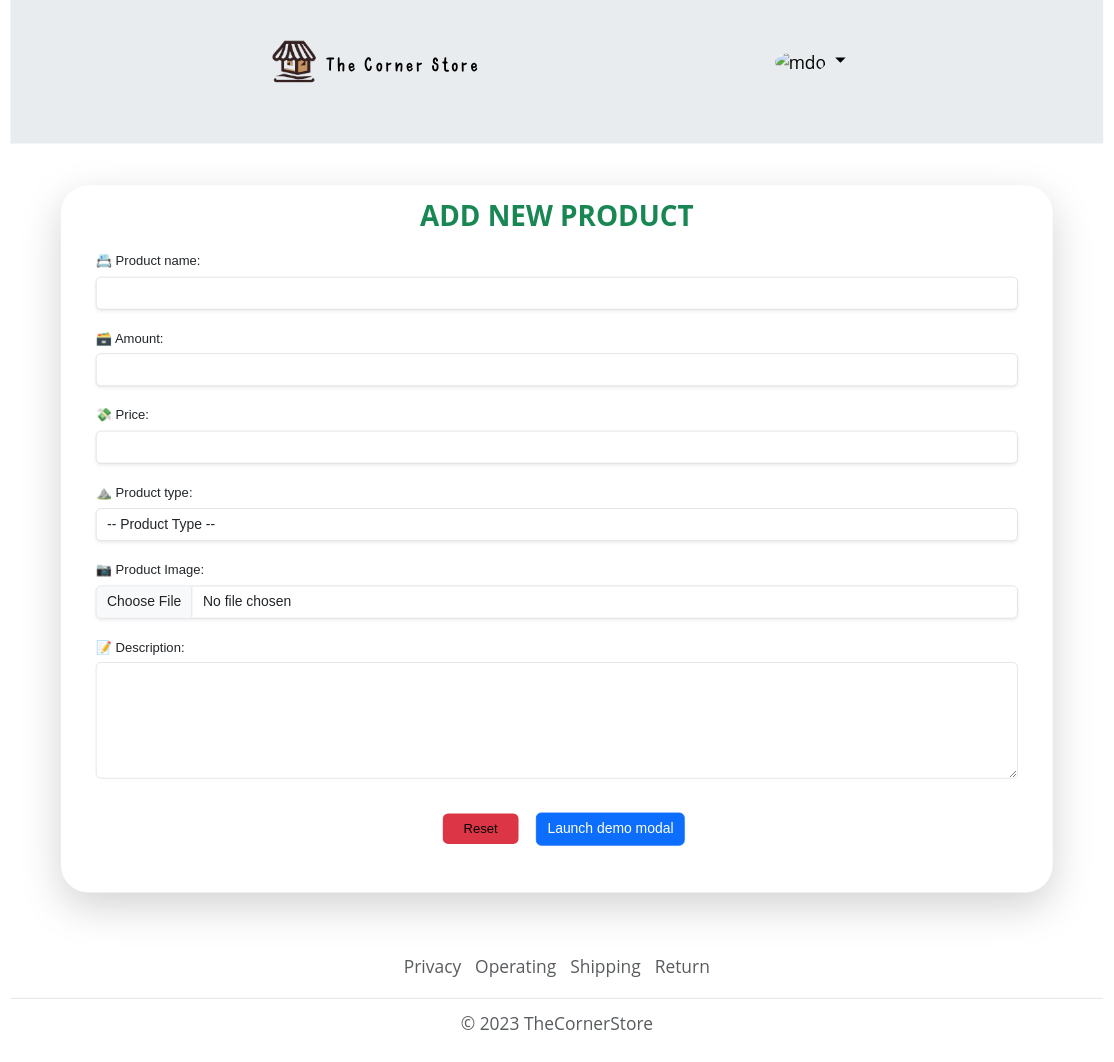
Repository: mintdunno/ass2-fullStack
Page: views/addProduct.ejs
These files come from the project's save history. The page is drawn as it stood at one moment and after the next save; the edit follows.
The browser window is 1280 px wide. The pictures show the whole page, at 87% of full size.
The page is served by the project's Node server (index.js). The template is opened directly, without the code that normally fills it, so the values that code supplies are empty.

Above is the page before, as saved 2023-09-24 10:32:58.

After the next save:
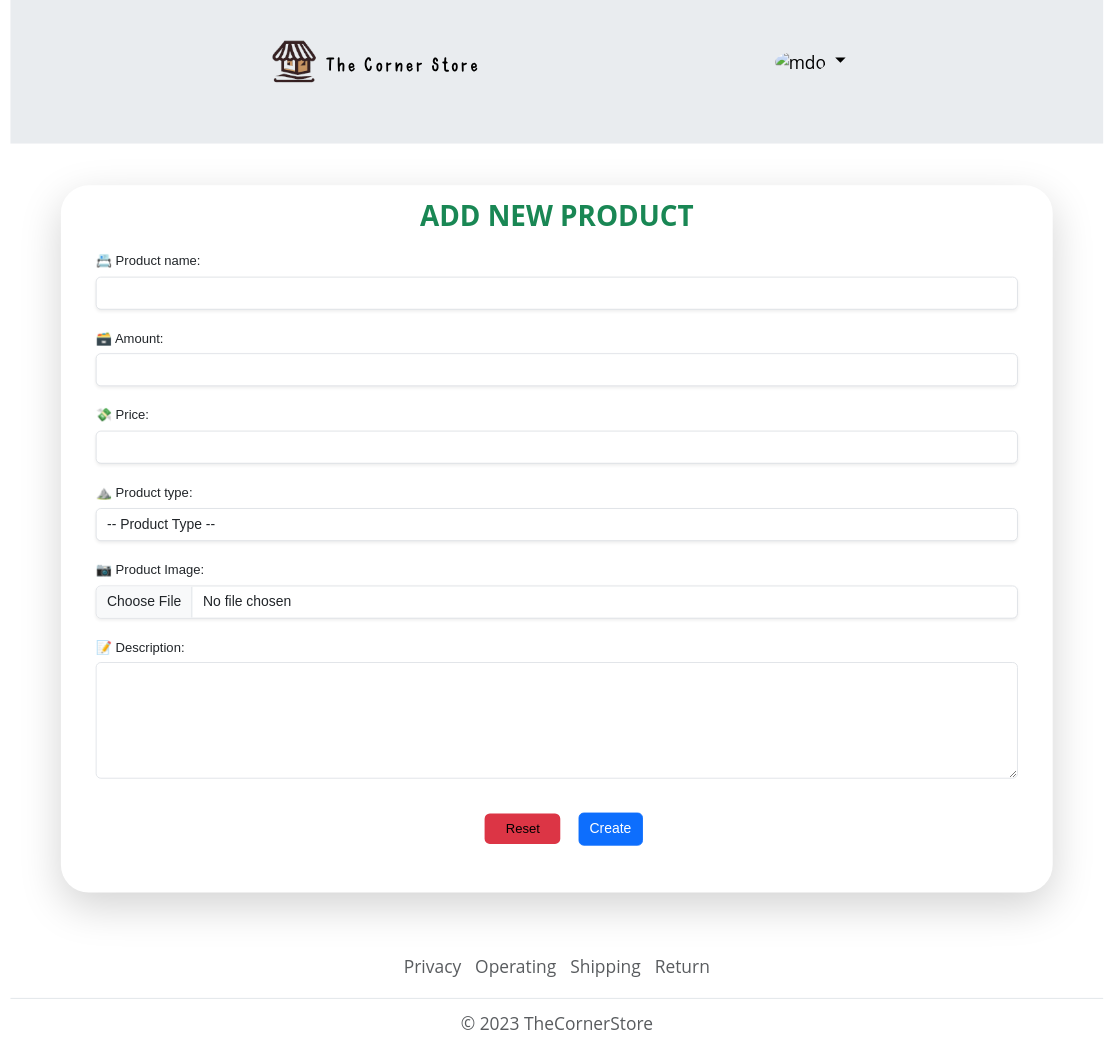
Saved 74 s later.
--- a/views/addProduct.ejs
+++ b/views/addProduct.ejs
@@ -70,7 +70,7 @@
                     <button type="reset" class="rounded border-0 px-4 py-2 bg-danger m-3">Reset</button>
                     <!-- Button trigger modal -->
                     <button type="button" class="btn btn-primary" data-bs-toggle="modal" data-bs-target="#exampleModal">
-                        Launch demo modal
+                        Create
                     </button>
 
                     <!-- Modal -->
